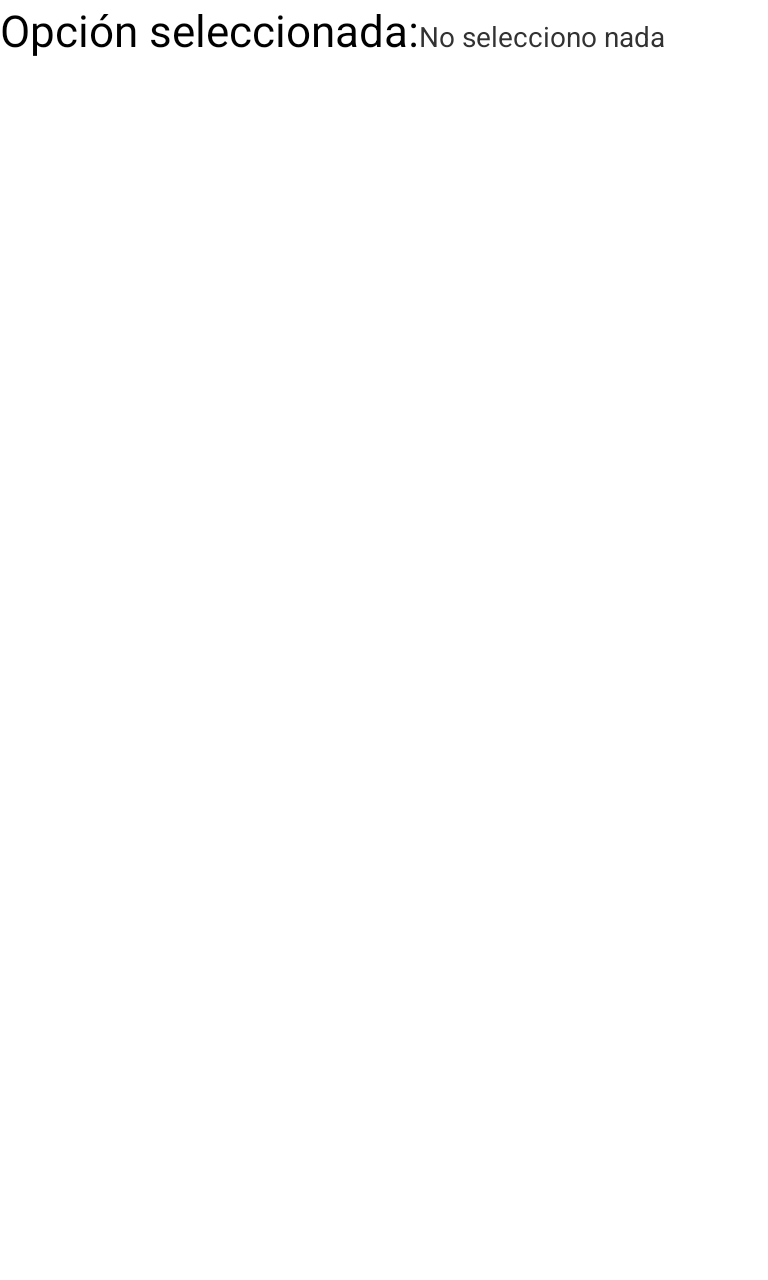
Repository: matiasmasca/proyectosEclipse
Layout: practica/practica4/res/layout/listview_activity.xml
These files come from the project's save history. The layout is drawn as it stood at one moment and after the next save; the edit follows.
It is drawn on a 768 x 1280 px phone screen (xhdpi) without system bars, with theme AppTheme; the app's code is not run. Lists and similar views that code fills are empty.

Above is the layout before, as saved 2014-06-23 19:17:57.

### practica/practica4/res/layout/listview_activity.xml
<?xml version="1.0" encoding="utf-8"?>
<LinearLayout xmlns:android="http://schemas.android.com/apk/res/android"
    android:layout_width="match_parent"
    android:layout_height="match_parent"
    android:orientation="vertical" >

    <LinearLayout
        android:layout_width="match_parent"
        android:layout_height="wrap_content" >

        <TextView
            android:id="@+id/listview_activity_tvLabel"
            android:layout_width="wrap_content"
            android:layout_height="wrap_content"
            android:text="Opción seleccionada:"
            android:textAppearance="?android:attr/textAppearanceLarge"
            />

        <TextView
            android:id="@+id/textView2"
            android:layout_width="wrap_content"
            android:layout_height="wrap_content"
            android:text="No selecciono nada" />

    </LinearLayout>

    <ListView
        android:id="@+id/listView1"
        android:layout_width="match_parent"
        android:layout_height="wrap_content" >
    </ListView>

</LinearLayout>

Loaded but not shown: practica/practica4/res/values/styles.xml (common file)

After the next save:
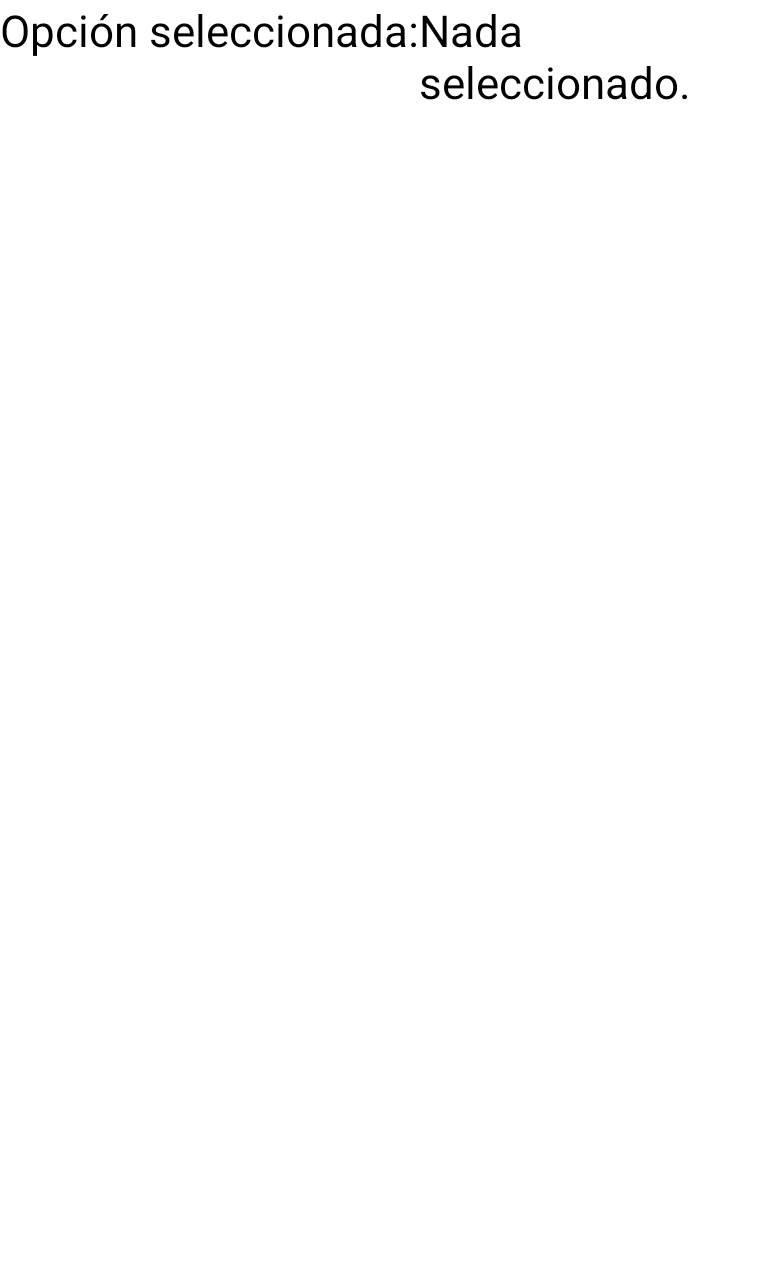
Saved 43 s later.
--- a/practica/practica4/res/layout/listview_activity.xml
+++ b/practica/practica4/res/layout/listview_activity.xml
@@ -17,11 +17,12 @@
             />
 
         <TextView
-            android:id="@+id/textView2"
+            android:id="@+id/listview_activity_tvSeleccion"
             android:layout_width="wrap_content"
             android:layout_height="wrap_content"
-            android:text="No selecciono nada" />
-
+            android:text="Nada seleccionado."
+             android:textAppearance="?android:attr/textAppearanceLarge"
+            />
     </LinearLayout>
 
     <ListView
